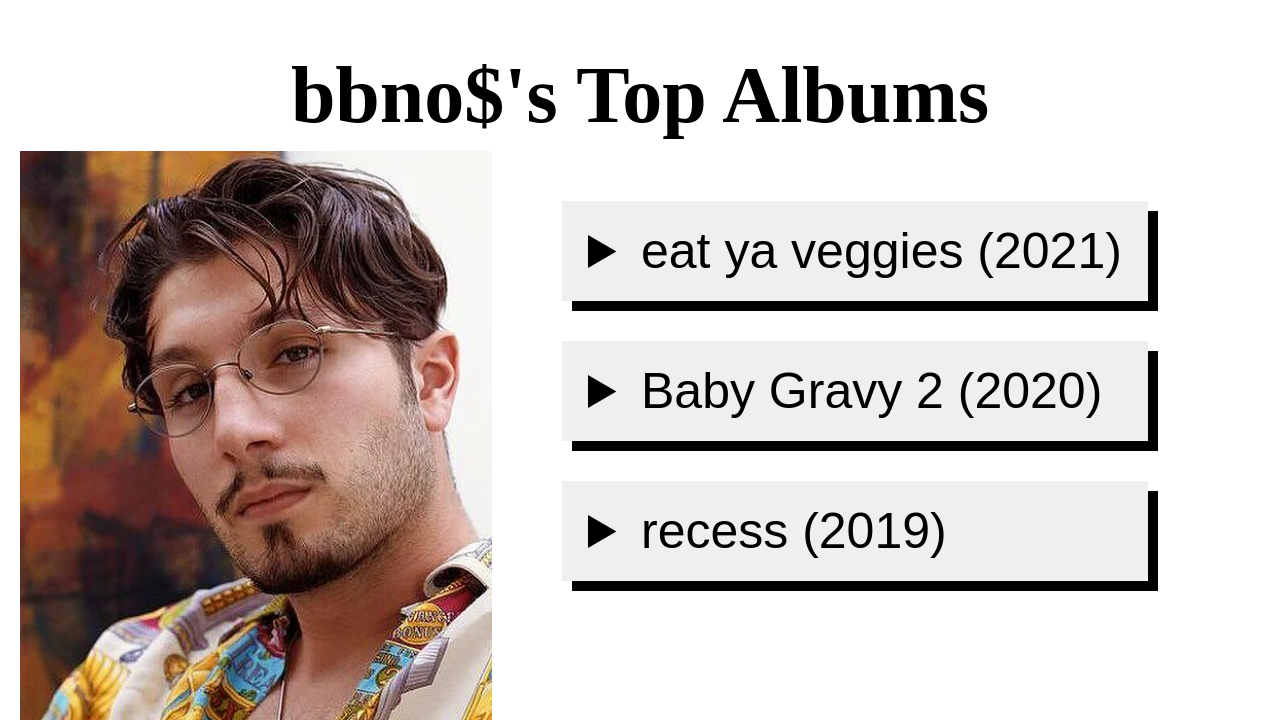
Repository: Jennica1/Lab1
Page: /
The author's editor kept a copy of each file at every save. The page is drawn from the files as they stood at one save, then again after a run of saves.
The browser window is 1280 px wide. The pictures show the whole page.
The project was rebuilt for these pictures with package versions that can differ from the ones it lists, and the page was loaded fresh each time. Also part of the build but not shown: vite.config.js.

Above is the page before, as saved 2024-09-09 18:50:52.

After the next 2 saves:
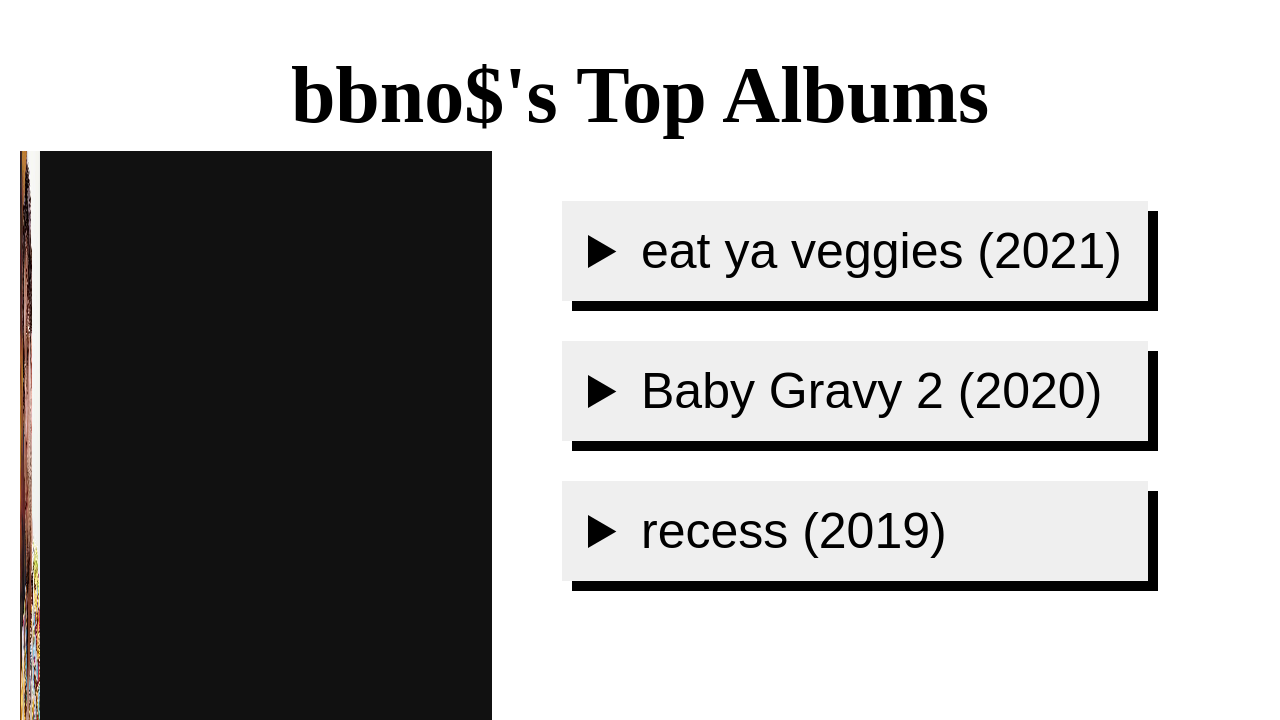
The 2 saves are shown as one change because they came seconds apart.
The last was saved 66 s later.
--- a/src/App.jsx
+++ b/src/App.jsx
@@ -10,39 +10,39 @@
     <>
 
       <body className='main'>
-      <header className='header'>
-        <h1 className='title'>bbno$'s Top Albums</h1>
-      </header>
+        <header className='header'>
+          <h1 className='title'>bbno$'s Top Albums</h1>
+        </header>
         <div className='split left'>
-          <img src="/images/bbno$_profile.webp" alt='bbno$' />
+          <img src="/images/bbno$_profile.webp" alt='bbno$' width={20} />
         </div>
         <div className='split right'>
 
           <div className='albums'>
             <button>
-          <details>
-            <summary>eat ya veggies (2021)</summary>
-            <p>edamame (ft. Rich Brian)</p>
-            <p>big boss baby</p>
-            <p>2 time zones</p>
-          </details>
-          </button>
-<button>
-          <details>
-            <summary>Baby Gravy 2 (2020)</summary>
-            <p>Welcome to Chillis</p>
-            <p>Cadbury Creme</p>
-            <p>Shining on my ex</p>
-          </details>
-</button>
-<button>
-          <details>
-            <summary>recess (2019)</summary>
-            <p>nursery</p>
-            <p>bunk</p>
-            <p>chess</p>
-          </details>
-          </button>
+              <details>
+                <summary>eat ya veggies (2021)</summary>
+                <p>edamame (ft. Rich Brian)</p>
+                <p>big boss baby</p>
+                <p>2 time zones</p>
+              </details>
+            </button>
+            <button>
+              <details>
+                <summary>Baby Gravy 2 (2020)</summary>
+                <p>Welcome to Chillis</p>
+                <p>Cadbury Creme</p>
+                <p>Shining on my ex</p>
+              </details>
+            </button>
+            <button>
+              <details>
+                <summary>recess (2019)</summary>
+                <p>nursery</p>
+                <p>bunk</p>
+                <p>chess</p>
+              </details>
+            </button>
           </div>
         </div>
       </body>

After the save that followed:
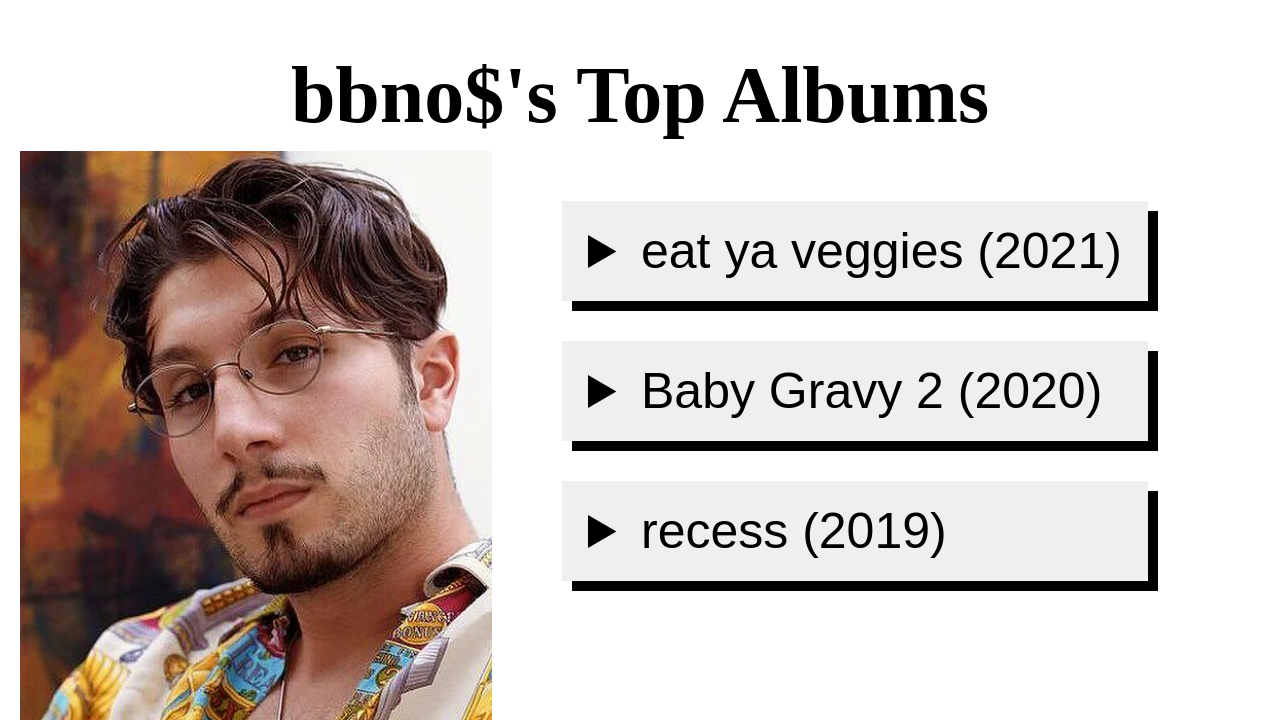
Saved 5 s later.
--- a/src/App.jsx
+++ b/src/App.jsx
@@ -14,7 +14,7 @@
           <h1 className='title'>bbno$'s Top Albums</h1>
         </header>
         <div className='split left'>
-          <img src="/images/bbno$_profile.webp" alt='bbno$' width={20} />
+          <img src="/images/bbno$_profile.webp" alt='bbno$' />
         </div>
         <div className='split right'>
 
